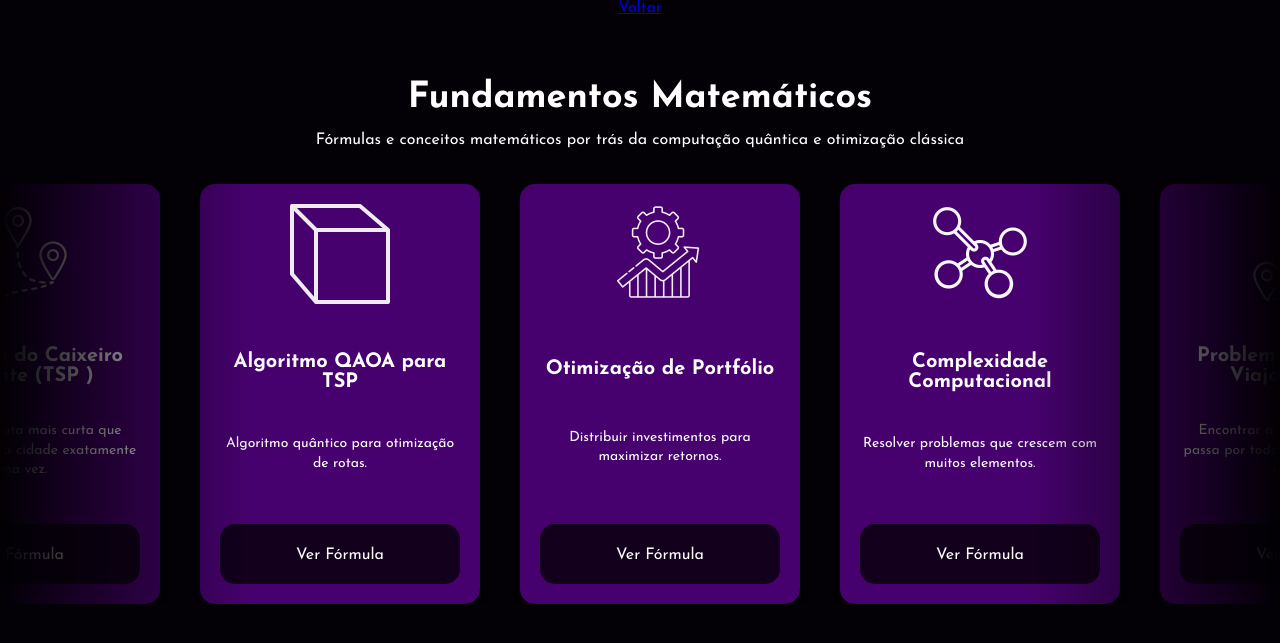
Repository: Everson9/Projeto-de-escalabilidade-quantica-definitivo
Page: fundamentos.html
An editor plug-in stored every save of this project. The page is shown before and after the next save, followed by the edit.
The browser window is 1280 px wide. The pictures show the whole page.

Above is the page before, as saved 2025-10-01 15:11:48.

After the next save:
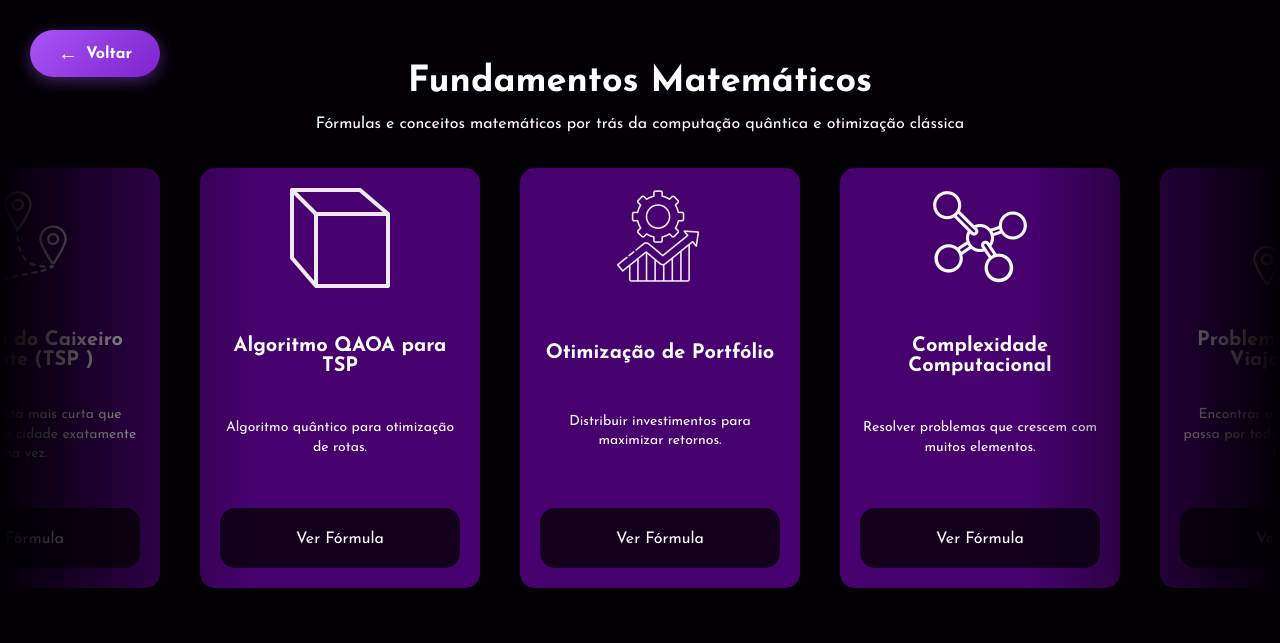
Saved 42 s later.
--- a/fundamentos.css
+++ b/fundamentos.css
@@ -16,6 +16,44 @@
     color: white;
     margin-top: 40px;
     margin-bottom: 20px;
+}
+
+.voltar-button {
+    position: fixed;
+    top: 30px;
+    left: 30px;
+    background: linear-gradient(135deg, #a855f7 0%, #7e22ce 100%);
+    color: white;
+    border: none;
+    padding: 12px 28px;
+    border-radius: 50px;
+    font-size: 16px;
+    font-family: 'Josefin Sans', sans-serif;
+    font-weight: 600;
+    cursor: pointer;
+    display: flex;
+    align-items: center;
+    gap: 8px;
+    box-shadow: 0 4px 15px rgba(168, 85, 247, 0.4);
+    transition: all 0.3s ease;
+    text-decoration: none;
+    z-index: 1000;
+}
+
+.voltar-button:hover {
+    background: linear-gradient(135deg, #c084fc 0%, #9333ea 100%);
+    box-shadow: 0 6px 20px rgba(168, 85, 247, 0.6);
+    transform: translateY(-2px);
+}
+
+.voltar-button:active {
+    transform: translateY(0);
+}
+
+.voltar-button::before {
+    content: "←";
+    font-size: 20px;
+    font-weight: bold;
 }
 
 h1 {
